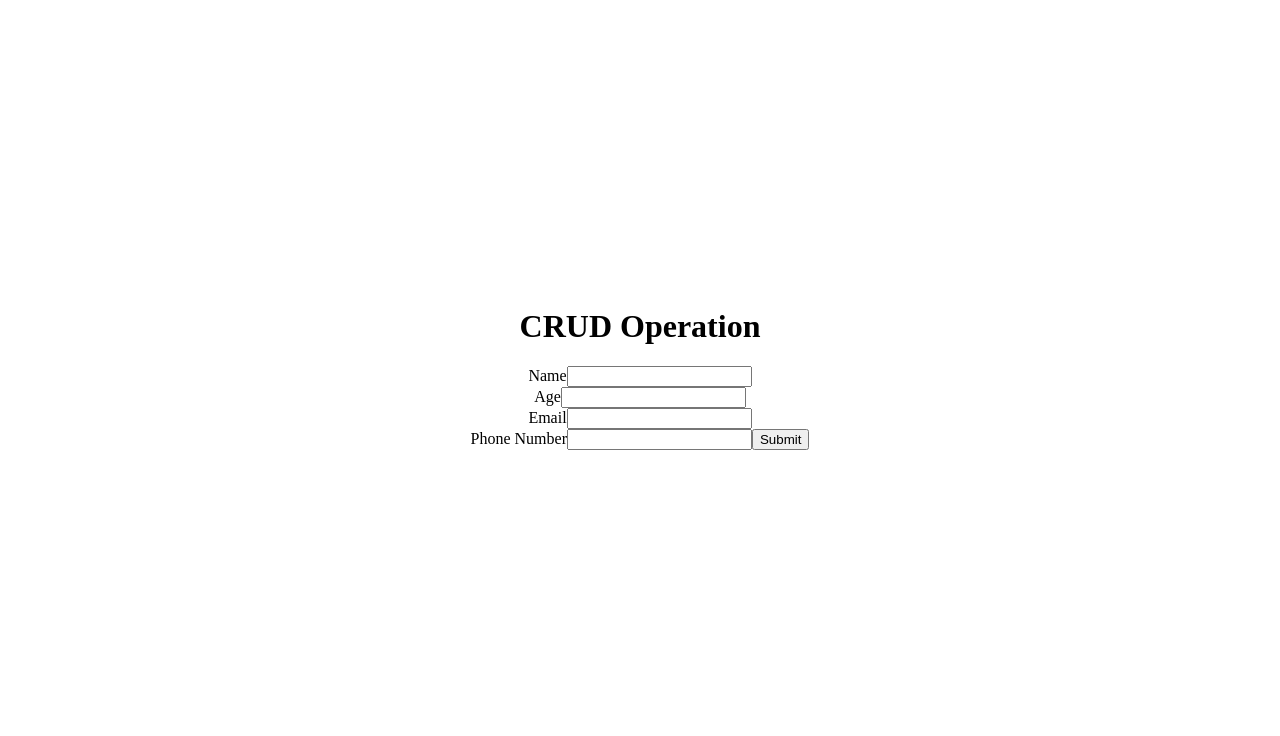
Repository: Josephkennedy603/CRUD-Operation
Page: /
An editor plug-in stored every save of this project. The page is shown before and after the next save, followed by the edit.
The browser window is 1280 px wide. The pictures show the whole page.
The project was rebuilt for these pictures with package versions that can differ from the ones it lists, and the page was loaded fresh each time. Also part of the build but not shown: src/index.css.

Above is the page before, as saved 2024-03-02 21:15:33.

### src/App.jsx
import { useState } from 'react';
import './App.css';

const App = () => {

const [name,setName] =useState();
const [age,setAge] =useState();
const [email,setEmail] =useState();
const [pnumber,setPnumber] =useState();

  return(
    <div className='main-container'>
    <h1>CRUD Operation</h1>
    <form  action="">
      <div>
      <label htmlFor="Name">Name</label>
     <input name='Name:' type="text"  onClick={(e)=>setName(e.target.value)} />
      </div>
      <div>
      <label htmlFor="Age">Age</label>
       <input type="text" name='Age' onClick={(e)=>setAge(e.target.value)} />
      </div>
      <div>
      <label htmlFor="Email">Email</label>
       <input type="Email" onClick={(e)=>setEmail(e.target.value)}/>
      </div>
      <div>
      <label htmlFor="Phone Number">Phone Number</label>
     <input type="number" name='Phone Number' onClick={(e)=>setPnumber(e.target.value)}/>

      <input type="submit" />
      </div>
    </form>
    </div>
  )
}

export default App;

### src/App.css
.main-container {
  display: flex;
  flex-direction: column;
  justify-content: center;
  align-items: center;

  height: 100vh;
}

.main-container form {
  display: flex;
  flex-direction: column;
  justify-content: center;
  align-items: center;
}

.main-container label {
}

Loaded but not shown: public/index.html (common file); src/index.js (common file); src/reportWebVitals.js (common file)

After the next save:
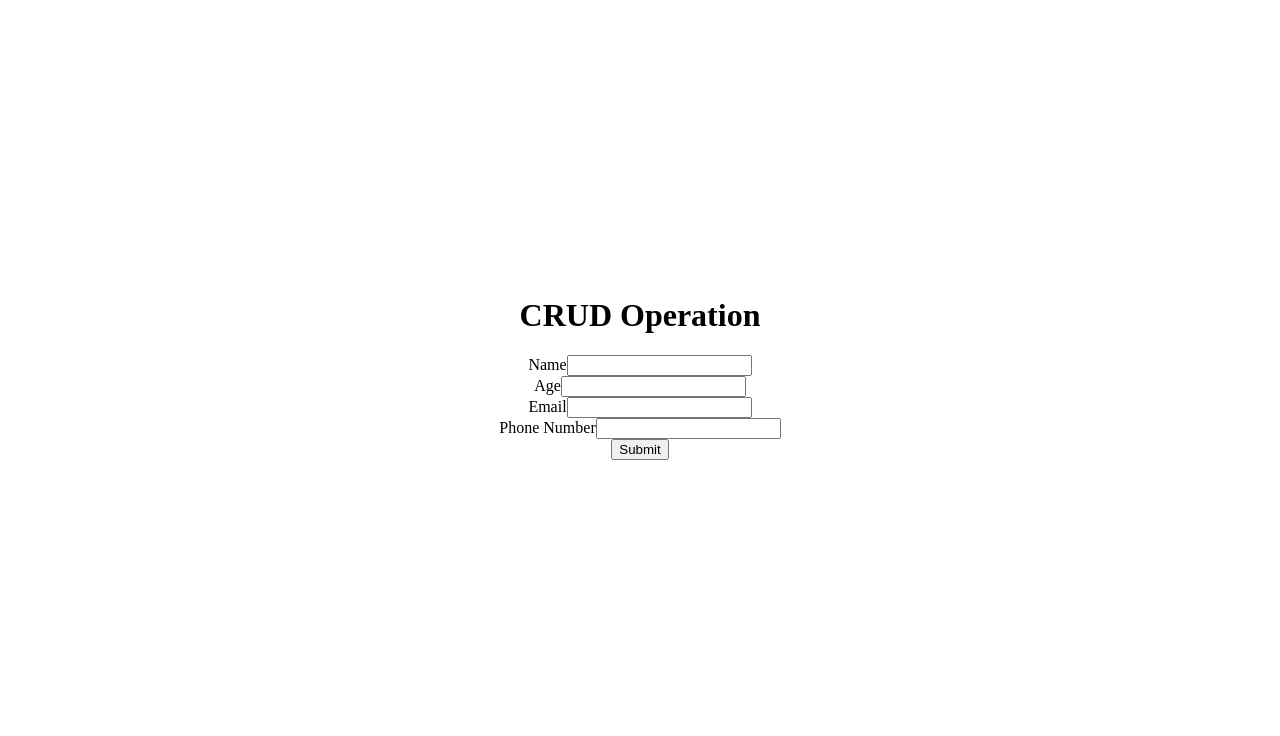
Saved 37 s later.
--- a/src/App.jsx
+++ b/src/App.jsx
@@ -27,9 +27,9 @@ const [pnumber,setPnumber] =useState();
       <div>
       <label htmlFor="Phone Number">Phone Number</label>
      <input type="number" name='Phone Number' onClick={(e)=>setPnumber(e.target.value)}/>
+     </div>
+      <input type="submit" />
 
-      <input type="submit" />
-      </div>
     </form>
     </div>
   )
